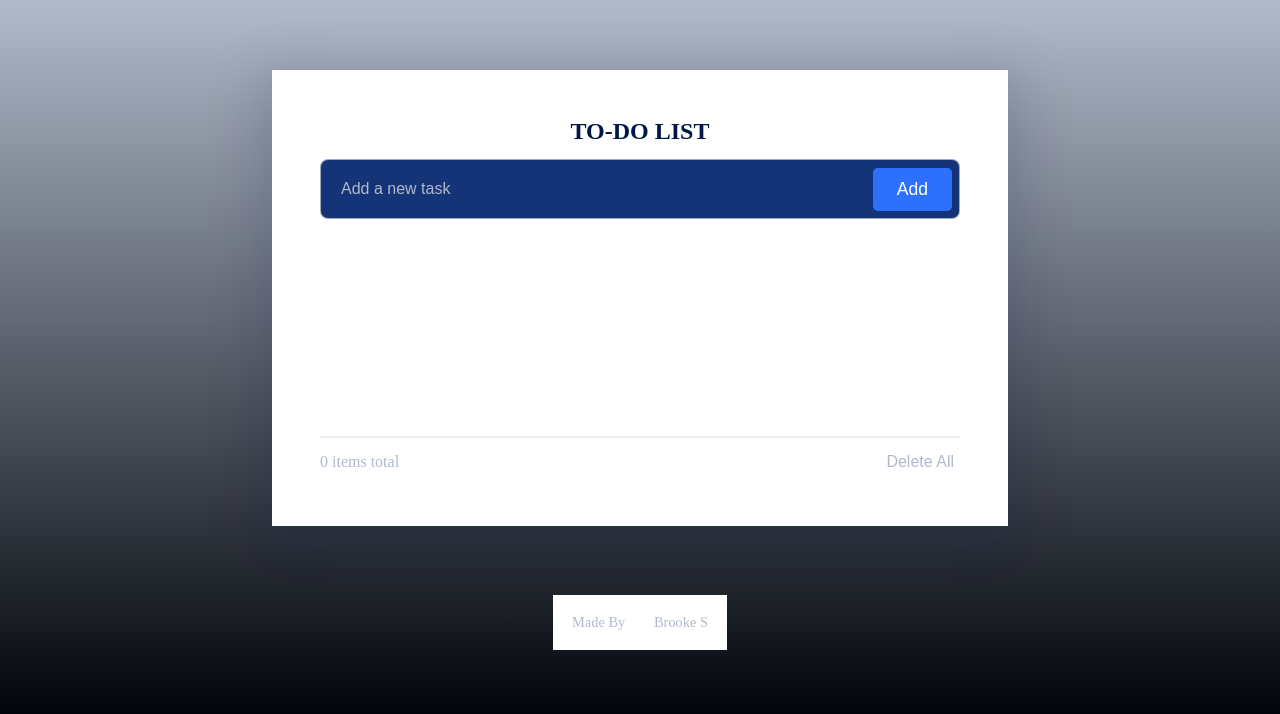
Repository: Bsharpenski/mini-movi-list
Page: workshop/fund3/index.html
An editor plug-in stored every save of this project. The page is shown before and after the next save, followed by the edit.
The browser window is 1280 px wide. The pictures show the whole page.

Above is the page before, as saved 2025-02-04 23:12:24.

### workshop/fund3/index.html
<!DOCTYPE html>
<html lang="en">
<head>
    <meta charset="UTF-8">
    <meta name="viewport" content="width=device-width, initial-scale=1.0">
    <title>To-Do List</title>
    <link rel="stylesheet" href="./style.css">
    <script src="./index.js" defer></script>
</head>
<body>
        <section class="todo">
        <h2>To-do List</h2>
        <div class="input">
            <input
                type="text"
                class="input-field"
                id="todoInput"
                placeholder="Add a new task"
            />
            <button class="btn">Add</button>
        </div>
        <ul class="scroll">
            <li id="todoList"></li>
        </ul>
        <div>
            <hr class="counter"/>
            <div class="counter-container">
                <p><span>0 </span>items total</p>
                <button id="deleteButton">Delete All</button>
            </div>
        </div>
    </section>
   <footer>
    <div class="footer">
        <p class="made-by">Made By</p>
        <p class="author">Brooke S</p>
    </div>
   </footer>
</body>
</html>

### workshop/fund3/style.css
:root{
    --gradient: linear-gradient(
        180deg,
        #b1bacb 0%,
        #000308 100%
    );
    --dark: #001747;
    --grey: #b1bacb;
    --grey-border: rgba(210, 210, 210,0.75 );
    --grey-light: #eeeeee;
    --grey-dark: #405175;
    --blue: #2d70fd;
    --green: #00d8a7;
    --white: #ffffff;
}

body{
    background: var(--gradient);
    margin: 0;
    height: 100vh;
    display: flex;
    flex-direction:column;
    justify-content: space-evenly;
    align-items: center;
}

.btn{
    color: var(--white);
    font-size: 1.1rem ;
    padding:0.7rem 1.5rem;
    border-radius:0.3rem;
    background-color: var(--blue);
    border: none;
    position:absolute;
    right: 0.5rem;
    bottom: 0.5rem;
}

h1,
h2,
h3,
h4,
h5,
h6,
p{
    margin: 0;
}

/* todo container */

.todo {
    display: flex;
    flex-direction:column;
    justify-content: space-around;
    border-radius: ;
    background: var(--white);
    padding: 3rem;
    height: 50%;
    width: 60%;
    box-shadow: 0 1rem 3rem 1rem rgba(0,23,71,0.15);
    max-width: 40rem;
}

h2 {
    text-transform: uppercase;
    height: 3rem;
    color: var(--dark);
    text-align: center;
}

.input{
    position: relative;
    display: flex;
}

.input-field{
    width: 100%;
    border:0.06rem solid #d2d2d2bf;
    border-radius:0.5rem ;
    padding: 1.25rem;
    font-size: 1rem;
    background-color: #153477;
}

input[type="text"]::placeholder{
    color: var(--grey);
}

.todo-container{
    display: flex;
    gap: 1rem;
}

ul{
    padding:0;
    margin: 0;
    overflow-y: scroll;
}

li{
    display: flex;
    flex-direction: column;
    gap: 1.2rem;
    padding: 1.2rem;
}
#todoList p{
    display:flex;
    gap: 1rem;
    color: var(--dark);
    align-items: center;
}

#todoList .disabled {
    color: 8f98a8;
}

.disabled {
    display: flex;
    text-decoration: line-through;
}

input[type="checkbox"] {
    appearance: none;
    -webkit-appearance: none;
    -moz-appearance: none;
    cursor: pointer;
}

input[type= "checkbox"]::before{
    content:"\2713";
    display:inline-block;
    width: 2rem;
    height: 2rem;
    font-size: 1.7rem;
    text-align: center ;
    border: 0.06rem solid var(--grey-border);
    border-radius: ;
    color: transparent;
}

input[type= "checkbox"]:checked::before{
    color:var(--white) ;
    background-color:var(--green) ;
    border: 0.06rem solid var(--green);
    border-radius: ;
}

.counter{
    border: 0.06rem solid var(--grey-light)
}

.counter-container {
height: 2rem;
display: flex;
justify-content: space-between;
color: var(--grey);
}

.counter-container p {
    align-self: center;
}

.counter-container button {
    border: none;
    background-color: transparent;
    color: var(--grey);
    font-size: 1rem;
}

.footer{
    display: flex;
    gap: 1.8rem;
    background-color: var(--white);
    padding: 1.2rem;
    border-radius: ;
}

.made-by,
.author {
font-size: 0.9rem;
}

.made-by {
    color: var(--grey)
}

.author {
    color: var(--grey);
}

.scroll {
    height: 15rem;
    scrollbar-width: thin;
}

.scroll::-webkit-scrollbar {
    width: 0.6rem;
}

.scroll::-webkit-scrollbar-thumb {
    background-color: var(--blue);
    border-radius: 0.5rem;
}

.scroll::-webkit-scrollbar-track {
    display: none;
}

### workshop/fund3/index.js
console.log("My code is running")
//retrieve to do from local storage or init empty array

let todo = JSON.parse(localStorage.getItem("todo")) || [];
const todoInput = document.getElementById("todoInput");
const todoList = document.getElementById("todoList");
const todoCount = document.getElementById("todoCount");
const addButton = document.querySelector(".btn");
const deleteButton = document.getElementById("deleteButton");

//initialize
document.addEventListener("DOMContentLoaded", function () {
    addButton.addEventListener("click", addTask);
    todoInput.addEventListener("keydown", function (event) {
        if (event.key=== "Enter"){
            event.preventDefault();
            addTask();
        }
    });
    deleteButton.addEventListener("click", deleteAllTasks());
    displayTasks();
});

function addTask() {
    const newTask = todoInput.value.trim();
    if (newTask !== "") {
        todo.push({text: newTask, disabled: false });
        saveToLocalStorage();
        todoInput.value = "";
        displayTasks();
    }
}

function deleteAllTasks () {
    console.log("test");
}

function displayTasks() {
    todoList.innerHTML = "";
    todo.forEach((item, index) => {
        const p = document.createElement("p");
        p.innerHTML = `
        <div class="todo-container">
            <input type="checkbox" class= "todo-checkbox"
            id="input-${index}" ${
                item.disabled ? "checked" : ""
            }>
            <p id="todo-${index}" class="${item.disabled ? "disabled" : ""
            }"onclick="editTask${index}" >${item.text}</p>
        </div>
        `;
        p.querySelector(".todo-checkbox").addEventListener("change", ()=> {
            toggleTask(index);
        });
        todoList.appendChild(p);
    });
}

function toggleTask(index){

}

function saveToLocalStorage() {
    localStorage.setItem("todo", JSON.stringify(todo));
}

After the next save:
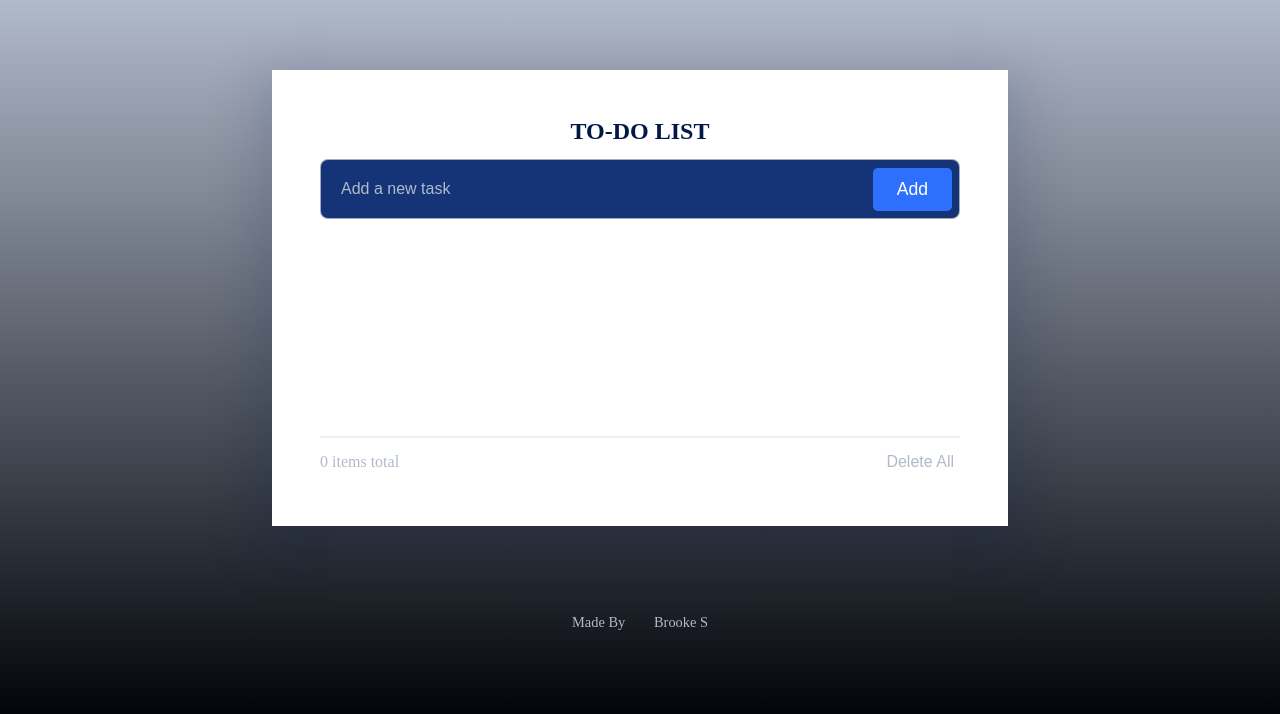
Saved 65 s later.
--- a/workshop/fund3/style.css
+++ b/workshop/fund3/style.css
@@ -170,7 +170,7 @@ color: var(--grey);
 .footer{
     display: flex;
     gap: 1.8rem;
-    background-color: var(--white);
+    background-color: transparent;
     padding: 1.2rem;
     border-radius: ;
 }
